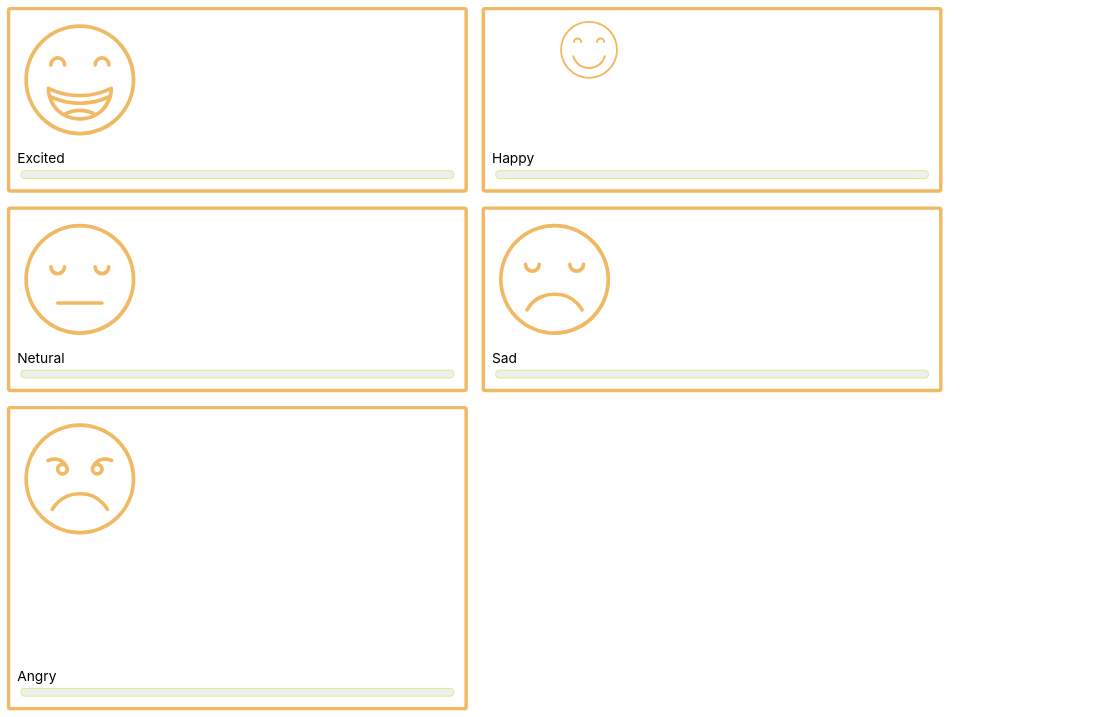
Repository: majakesin/moodify-app
Page: /
These files come from the project's save history. The page is drawn as it stood at one moment and after the next save; the edit follows.
The browser window is 1280 px wide. The pictures show the whole page, at 86% of full size.
The project was rebuilt for these pictures with package versions that can differ from the ones it lists, and the page was loaded fresh each time.

Above is the page before, as saved 2023-08-21 12:57:13.

### public/index.html
<!DOCTYPE html>
<html lang="en">
  <head>
    <meta charset="utf-8" />
    <link rel="icon" href="%PUBLIC_URL%/logo.svg" />
    <meta name="viewport" content="width=device-width, initial-scale=1" />
    <meta name="theme-color" content="#000000" />
    <meta
      name="description"
      content="Moodify -- App that gives yours ears the best music based on your mood"
    />
    <link rel="apple-touch-icon" href="%PUBLIC_URL%/logo.svg" />
    <!--
      manifest.json provides metadata used when your web app is installed on a
      user's mobile device or desktop. See https://developers.google.com/web/fundamentals/web-app-manifest/
    -->
    <link rel="manifest" href="%PUBLIC_URL%/manifest.json" />
    <!--
      Notice the use of %PUBLIC_URL% in the tags above.
      It will be replaced with the URL of the `public` folder during the build.
      Only files inside the `public` folder can be referenced from the HTML.

      Unlike "/favicon.ico" or "favicon.ico", "%PUBLIC_URL%/favicon.ico" will
      work correctly both with client-side routing and a non-root public URL.
      Learn how to configure a non-root public URL by running `npm run build`.
    -->
    <title>Moodify</title>
  </head>
  <body>
    <noscript>You need to enable JavaScript to run this app.</noscript>
    <div id="root"></div>
    <!--
      This HTML file is a template.
      If you open it directly in the browser, you will see an empty page.

      You can add webfonts, meta tags, or analytics to this file.
      The build step will place the bundled scripts into the <body> tag.

      To begin the development, run `npm start` or `yarn start`.
      To create a production bundle, use `npm run build` or `yarn build`.
    -->
  </body>
</html>

### src/App.js
import "./App.css";
import ChooseMood from "./pages/ChooseMood";

function App() {
  return (
    <div className="App">
      <ChooseMood />
    </div>
  );
}

export default App;

### src/App.css

button {
  border: 1px solid var(--first-color);
  border-radius: 4px;
  padding: 4px;
  margin: 4px;
}

### src/pages/ChooseMood/index.jsx
import { moods } from 'src/data/moods'
import Mood from 'src/components/Mood';

import styles from './index.module.css';

const ChooseMood = () => {

    return (
        <div>
        <div className={styles.wrap}>
            {moods.map(({ type, icon }) => {
                return (<Mood type={type} icon={icon} />)
            })}
        </div>
        </div>
    )

};

export default ChooseMood;

### src/data/moods.js
export const moods = [
    {
        type: 'Excited',
        icon: <svg id="SvgjsSvg1081" xmlns="http://www.w3.org/2000/svg" version="1.1" xmlnsXlink="http://www.w3.org/1999/xlink" xmlnsSvgjs="http://svgjs.com/svgjs">
                <defs id="SvgjsDefs1082"></defs>
                <g id="SvgjsG1083">
                    <svg   preserveAspectRatio="xMidYMid meet" xmlns="http://www.w3.org/2000/svg" data-name="Layer 1" viewBox="0 0 1012 1012" width="288" height="288">
                        <path fill="currentcolor" d="M416.51318,95.48682A226.99992,226.99992,0,1,0,95.48682,416.51318,226.99992,226.99992,0,1,0,416.51318,95.48682ZM256,468C139.103,468,44,372.897,44,256S139.103,44,256,44s212,95.103,212,212S372.897,468,256,468ZM137.5,202a7.50006,7.50006,0,0,0,7.5-7.5,20.5,20.5,0,0,1,41,0,7.5,7.5,0,0,0,15,0,35.5,35.5,0,0,0-71,0A7.50006,7.50006,0,0,0,137.5,202Zm181,0a7.50006,7.50006,0,0,0,7.5-7.5,20.5,20.5,0,0,1,41,0,7.5,7.5,0,0,0,15,0,35.5,35.5,0,0,0-71,0A7.50006,7.50006,0,0,0,318.5,202Zm69.95947,82.13037a7.49875,7.49875,0,0,0-7.27832-.356A284.51645,284.51645,0,0,1,257.5,313h-1.48a284.55042,284.55042,0,0,1-125.2002-29.2251A7.4999,7.4999,0,0,0,120,290.5a132.31839,132.31839,0,0,0,79.15625,121.32324A131.47888,131.47888,0,0,0,252.5,423h7a132.5854,132.5854,0,0,0,127.794-97.37988A133.06894,133.06894,0,0,0,392,290.5,7.5003,7.5003,0,0,0,388.45947,284.13037ZM259.5,408h-7a116.58888,116.58888,0,0,1-46.02222-9.36157C219.72205,391.8783,237.33752,388,256.002,388c18.66236,0,36.27466,3.87708,49.51734,10.63538A116.56076,116.56076,0,0,1,259.5,408Zm83.08691-34.41309a117.56809,117.56809,0,0,1-21.38024,16.93219C305.07166,379.48517,281.17847,373,256.002,373c-25.18383,0-49.0852,6.48932-65.22168,17.52966a116.81051,116.81051,0,0,1-46.07495-53.13611,299.90773,299.90773,0,0,0,111.31323,21.61036c.5044,0,1.01612-.00147,1.52051-.00391A300.023,300.023,0,0,0,367.2478,337.40454,117.86031,117.86031,0,0,1,342.58691,373.58691ZM373.6593,318.347A284.8703,284.8703,0,0,1,257.46094,344c-.49219.00293-.97412.00391-1.46387.00391a284.90227,284.90227,0,0,1-117.65942-25.65967,117.74477,117.74477,0,0,1-2.72388-15.77832A299.64178,299.64178,0,0,0,256.02,328h1.519a299.80874,299.80874,0,0,0,118.84668-25.43555A117.6884,117.6884,0,0,1,373.6593,318.347Z" class="color2c2b2d svgShape"></path>
                    </svg>
                </g>
             </svg>
    },
    {
        type: 'Happy',
        icon: <svg id="SvgjsSvg1102" xmlns="http://www.w3.org/2000/svg" version="1.1" xmlnsXlink="http://www.w3.org/1999/xlink" xmlnsSvgjs="http://svgjs.com/svgjs">
                <defs id="SvgjsDefs1103"></defs>
                <g id="SvgjsG1104">
                    <svg xmlns="http://www.w3.org/2000/svg" data-name="Layer 1" viewBox="0 0 1012 1012" >
                        <path fill="currentcolor" d="M382.042,299.40674a7.496,7.496,0,0,0-9.21582,5.251A117.42927,117.42927,0,0,1,259.5,391h-7a117.41578,117.41578,0,0,1-113.32715-86.33447,7.49971,7.49971,0,1,0-14.46484,3.96875A132.417,132.417,0,0,0,252.5,406h7a132.58733,132.58733,0,0,0,127.793-97.37744A7.4999,7.4999,0,0,0,382.042,299.40674ZM416.51367,95.48682A227.00026,227.00026,0,0,0,95.48633,416.51318,227.00026,227.00026,0,0,0,416.51367,95.48682ZM256,468C139.10254,468,44,372.897,44,256S139.10254,44,256,44s212,95.103,212,212S372.89746,468,256,468ZM137.5,202a7.49974,7.49974,0,0,0,7.5-7.5,20.5,20.5,0,0,1,41,0,7.5,7.5,0,0,0,15,0,35.5,35.5,0,0,0-71,0A7.49974,7.49974,0,0,0,137.5,202Zm181,0a7.49974,7.49974,0,0,0,7.5-7.5,20.5,20.5,0,0,1,41,0,7.5,7.5,0,0,0,15,0,35.5,35.5,0,0,0-71,0A7.49974,7.49974,0,0,0,318.5,202Z" class="color2c2b2d svgShape"></path>
                    </svg>
                </g>
            </svg> ,
    },
    {
        type: 'Netural',
        icon: <svg id="SvgjsSvg1123" width="288" xmlns="http://www.w3.org/2000/svg" version="1.1" xmlnsXlink="http://www.w3.org/1999/xlink" xmlnsSvgjs="http://svgjs.com/svgjs">
                <defs id="SvgjsDefs1124"></defs>
                <g id="SvgjsG1125">
                    <svg xmlns="http://www.w3.org/2000/svg" data-name="Layer 1" viewBox="0 0 1012 1012" width="288" height="288">
                        <path fill="currentcolor" d="M201,204.5a7.5,7.5,0,0,0-15,0,20.5,20.5,0,0,1-41,0,7.5,7.5,0,0,0-15,0,35.5,35.5,0,0,0,71,0ZM374.5,197a7.50006,7.50006,0,0,0-7.5,7.5,20.5,20.5,0,0,1-41,0,7.5,7.5,0,0,0-15,0,35.5,35.5,0,0,0,71,0A7.50006,7.50006,0,0,0,374.5,197ZM416.51318,95.48682A226.99992,226.99992,0,1,0,95.48682,416.51318,226.99992,226.99992,0,1,0,416.51318,95.48682ZM256,468C139.103,468,44,372.897,44,256S139.103,44,256,44s212,95.103,212,212S372.897,468,256,468Zm90-123H166a7.5,7.5,0,0,0,0,15H346a7.5,7.5,0,0,0,0-15Z" class="color2c2b2d svgShape"></path>
                    </svg>
                </g>
            </svg>,
    },
    {
        type: 'Sad',
        icon: <svg id="SvgjsSvg1193" width="288" xmlns="http://www.w3.org/2000/svg" version="1.1" xmlnsXlink="http://www.w3.org/1999/xlink" xmlnsSvgjs="http://svgjs.com/svgjs">
                <defs id="SvgjsDefs1194"></defs>
                <g id="SvgjsG1195">
                    <svg xmlns="http://www.w3.org/2000/svg" data-name="Layer 1" viewBox="0 0 1012 1012" width="288" height="288">
                         <path fill="currentcolor" d="M165.5,230A35.54028,35.54028,0,0,0,201,194.5a7.5,7.5,0,0,0-15,0,20.5,20.5,0,0,1-41,0,7.5,7.5,0,0,0-15,0A35.54028,35.54028,0,0,0,165.5,230Zm209-43a7.50006,7.50006,0,0,0-7.5,7.5,20.5,20.5,0,0,1-41,0,7.5,7.5,0,0,0-15,0,35.5,35.5,0,0,0,71,0A7.50006,7.50006,0,0,0,374.5,187ZM353.19336,347.94678A132.16887,132.16887,0,0,0,259.5,309.14014h-7a131.47793,131.47793,0,0,0-53.34082,11.17529,133.55143,133.55143,0,0,0-62.24854,56.51221,7.50013,7.50013,0,0,0,13.07911,7.34472,118.4576,118.4576,0,0,1,55.21435-50.1289A116.57358,116.57358,0,0,1,252.5,324.14014h7a117.16738,117.16738,0,0,1,83.08691,34.41308,117.92616,117.92616,0,0,1,19.42432,25.62061,7.5,7.5,0,0,0,13.07715-7.34766A132.92018,132.92018,0,0,0,353.19336,347.94678Zm63.31982-252.46A226.99992,226.99992,0,1,0,95.48682,416.51318,226.99992,226.99992,0,1,0,416.51318,95.48682ZM256,468C139.103,468,44,372.897,44,256S139.103,44,256,44s212,95.103,212,212S372.897,468,256,468Z" class="color2c2b2d svgShape"></path>
                    </svg>
                </g>
            </svg>,
    },
    {
        type: 'Angry',
        icon: <svg xmlns="http://www.w3.org/2000/svg" data-name="Layer 1" viewBox="0 0 1012 1012" width="288" height="288">
                <path fill="currentcolor" d="M353.19336,347.94629A132.1737,132.1737,0,0,0,259.5,309.13965h-7a131.5101,131.5101,0,0,0-53.3418,11.17578,133.55212,133.55212,0,0,0-62.24707,56.51172,7.49995,7.49995,0,0,0,13.07813,7.3457A118.46814,118.46814,0,0,1,205.20313,334.043,116.60013,116.60013,0,0,1,252.5,324.13965h7a117.16506,117.16506,0,0,1,83.08691,34.41406,117.92838,117.92838,0,0,1,19.42481,25.62012,7.49957,7.49957,0,1,0,13.07617-7.34766A132.91978,132.91978,0,0,0,353.19336,347.94629ZM416.51367,95.48682A227.00044,227.00044,0,0,0,95.48633,416.51367,227.00044,227.00044,0,0,0,416.51367,95.48682ZM256,468C139.10254,468,44,372.89746,44,256,44,139.103,139.10254,44,256,44s212,95.103,212,212C468,372.89746,372.89746,468,256,468ZM175.12207,188.29736c.96533.53955,1.88086,1.10938,2.769,1.69336a27.02454,27.02454,0,1,0,28.58863,9.52246,62.7776,62.7776,0,0,0-24.04029-24.31005c-27.82519-15.55176-56.1748-2.73292-59.31445-1.21973a7.49994,7.49994,0,1,0,6.50977,13.51367C132.05762,186.33057,153.91113,176.44189,175.12207,188.29736ZM185.12012,204a12,12,0,1,1-12,12A12.01344,12.01344,0,0,1,185.12012,204ZM388.875,173.9834c-3.1416-1.51367-31.49121-14.33447-59.31348,1.21924a62.778,62.778,0,0,0-24.04126,24.31054,26.989,26.989,0,1,0,28.58887-9.52234c.88843-.58435,1.804-1.15429,2.76978-1.694,21.21191-11.85743,43.06347-1.96631,45.48632-.79981A7.49994,7.49994,0,1,0,388.875,173.9834ZM338.87988,216a12,12,0,1,1-12-12A12.01343,12.01343,0,0,1,338.87988,216Z" class="color2c2b2d svgShape"></path>
              </svg>,
    }

]

### src/components/Mood/index.jsx
import styles from './index.module.css';

const Mood = (props) => {

    const { type, icon } = props;

    return (
        <div className={styles.card}>
            <div className={styles.icon}>
                {icon}
            </div>
            <div className={styles.content}>
               <span className={styles.title}> {type} </span>
             <button></button>
            </div>
        </div>
    )
};

export default Mood;

### src/pages/ChooseMood/index.module.css

.wrap {
    display: flex;
    flex-direction: row;
    flex-wrap: wrap;
}

### src/components/Mood/index.module.css

@import '../../styles/variables.css';

.card {
    border: 4px solid var(--third-color);
    border-radius: 4px;
    margin: 8px;
    padding: 8px;
    width: 40vw;
}

.icon {
    color: var(--third-color);
}

.content {
    display: flex;
    flex-direction: column;

}

### src/styles/variables.css
:root,
    :root.rainbow {
        --first-color: #cbf078;
        --second-color: #f8f398;
        --third-color: #f1b963;
        --fourth-color: #e46161;
    }
    :root.blue {
        --first-color: #5585b5;
        --second-color: #53a8b6;
        --third-color: #79c2d0;
        --fourth-color: #bbe4e9;
    }
    :root.pink {
        --first-color: #45171d;
        --second-color: #e84a5f;
        --third-color: #ff847c;
        --fourth-color: #fecea8;

    }

Loaded but not shown: src/index.js (common file); src/index.css (common file); src/reportWebVitals.js (common file)

After the next save:
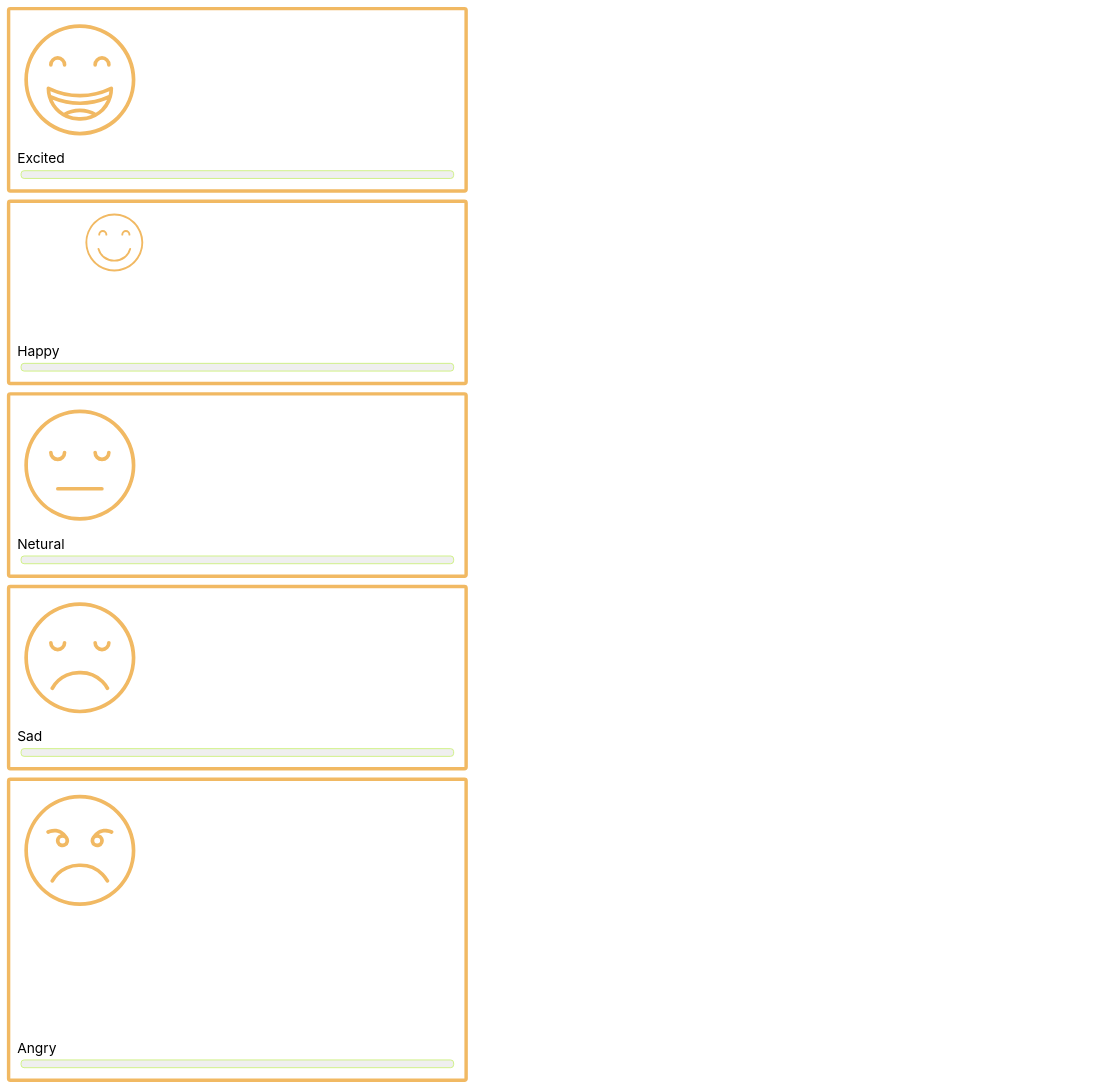
Saved 15 s later.
--- a/src/pages/ChooseMood/index.jsx
+++ b/src/pages/ChooseMood/index.jsx
@@ -7,11 +7,11 @@ const ChooseMood = () => {
 
     return (
         <div>
-        <div className={styles.wrap}>
-            {moods.map(({ type, icon }) => {
-                return (<Mood type={type} icon={icon} />)
-            })}
-        </div>
+            <div className={styles['mood-list']}>
+                {moods.map(({ type, icon }) => {
+                    return (<Mood type={type} icon={icon} />)
+                })}
+            </div>
         </div>
     )
 

After the save that followed:
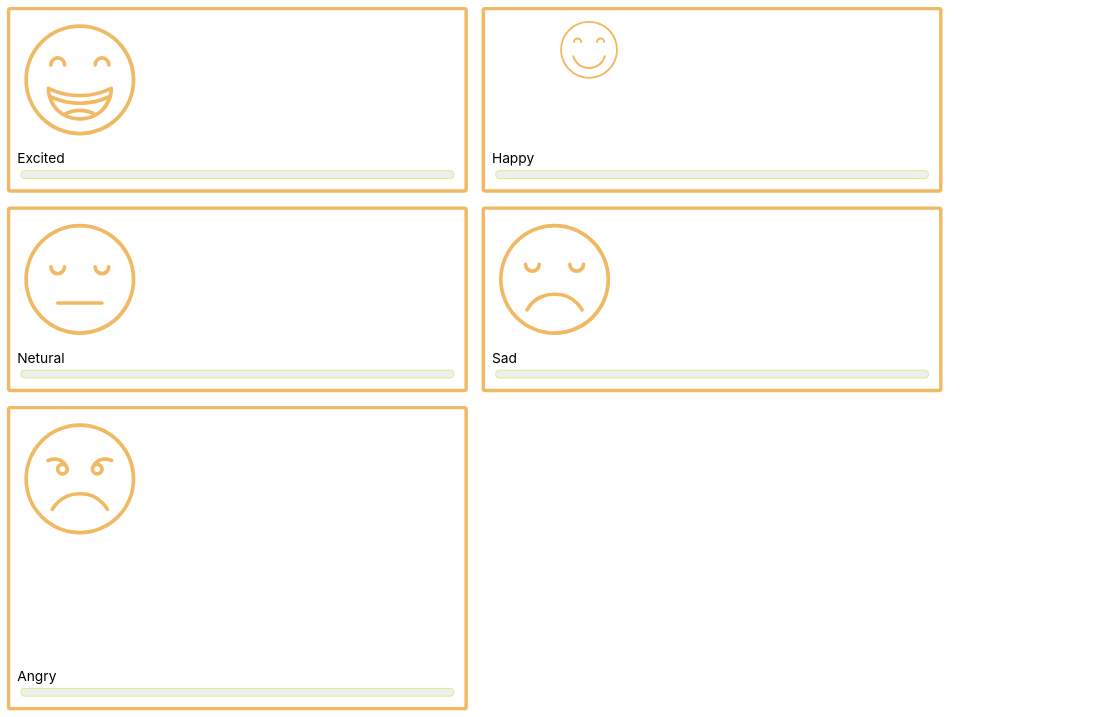
Saved 6 s later.
--- a/src/pages/ChooseMood/index.module.css
+++ b/src/pages/ChooseMood/index.module.css
@@ -1,5 +1,5 @@
 
-.wrap {
+.mood-list {
     display: flex;
     flex-direction: row;
     flex-wrap: wrap;
